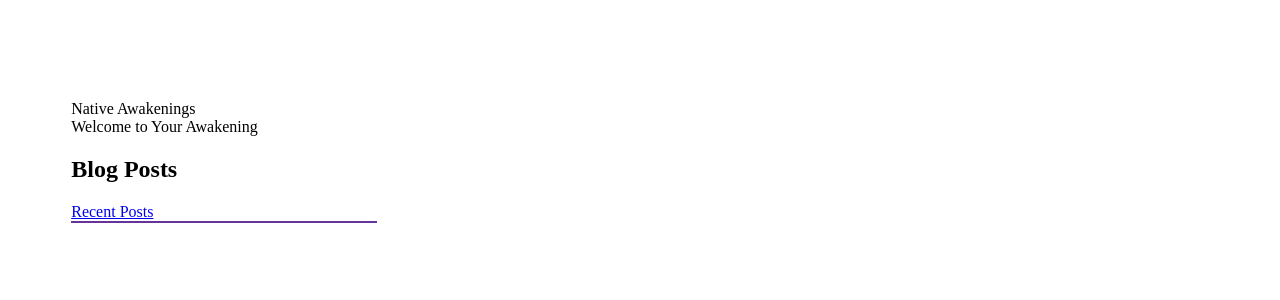
Repository: Gregg-Hendrix/blog-project
Page: index.html
An editor plug-in stored every save of this project. The page is shown before and after the next save, followed by the edit.
The browser window is 1280 px wide. The pictures show the whole page.

Above is the page before, as saved 2021-03-15 13:47:22.

After the next save:
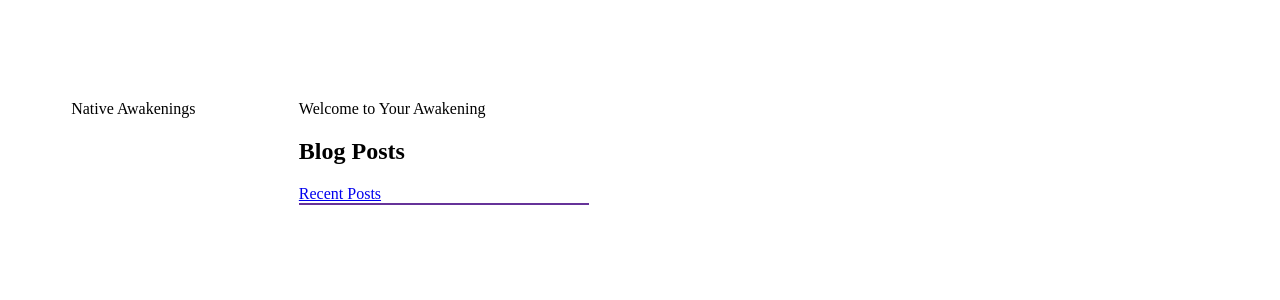
Saved 6 s later.
--- a/index.html
+++ b/index.html
@@ -10,7 +10,8 @@
     <body>
         <! -- This aligns the items to the top of the screen -->
         <div class="container">
-            <header>Native Awakenings
+            <header>Native Awakenings</header>
+
             <nav>
             <article>Welcome to Your Awakening</article>
             <sidebar><h1>Blog Posts</h1><a href="meditation.html">Recent Posts</a></sidebar>
